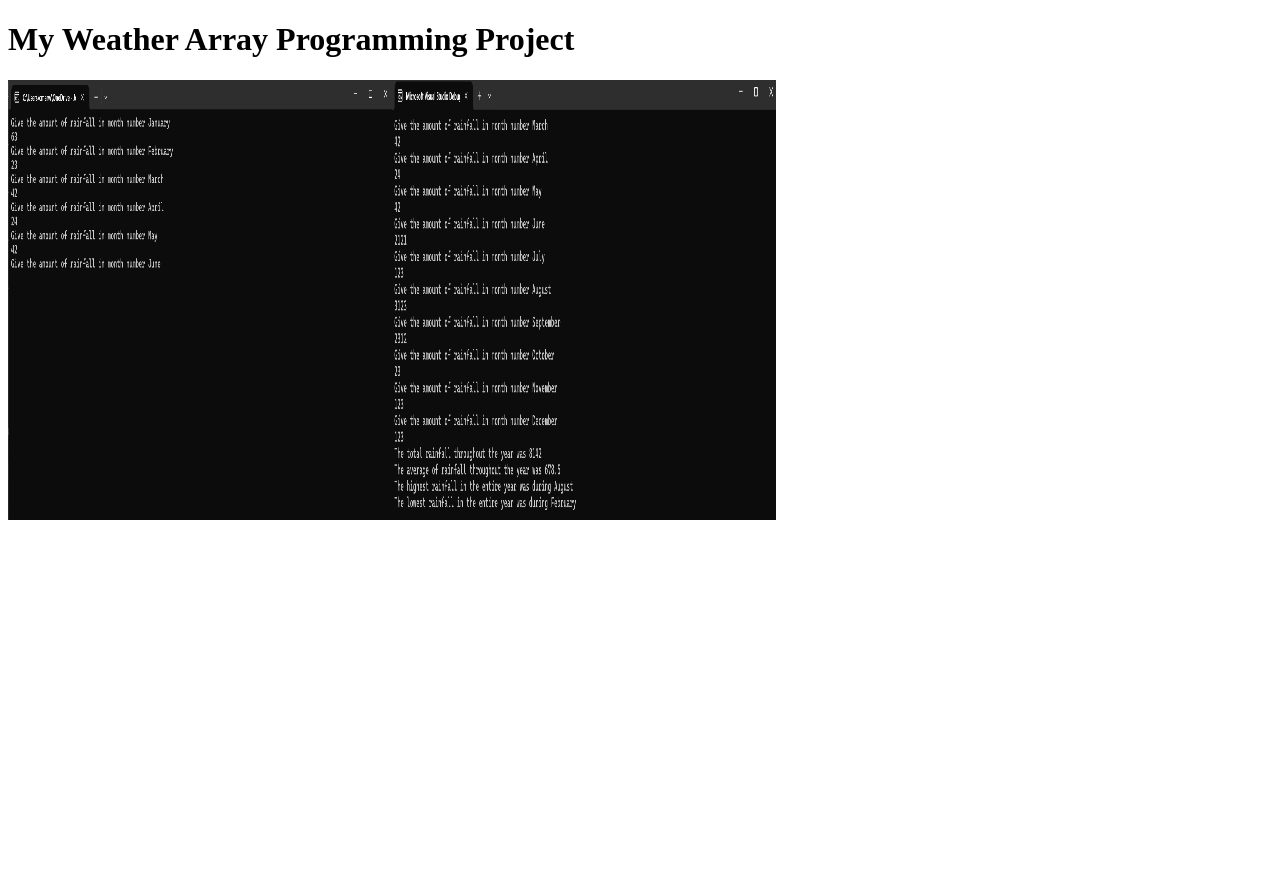
Repository: captainm64/captainm64
Page: projectshow.html
An editor plug-in stored every save of this project. The page is shown before and after the next save, followed by the edit.
The browser window is 1280 px wide. The page is 1288 px wide, so the pictures cover 1288 px, including what lies to the right of the window. The pictures show the whole page.

Above is the page before, as saved 2026-05-06 09:53:13.

### projectshow.html
<!DOCTYPE html>
<html>
    <head>
        <link rel = "stylesheet" href = "./styles/index.css" />
         <link rel = "stylesheet" href = "./styles/global.css" />
         <title>Project</title>
    </head>
<body>

<h1>My Weather Array Programming Project</h1>

<div class = "demos">
 <img src="../../assets/images/demo1.png" alt = "Code demonstration: numbers being put in"/>

 <img src="../../assets/images/demo2.png" alt = "Code demonstration: result"/>
</div>

### styles/index.css
img{

   height: 55%;
   width: 45%;
}

.projtxt{

   display: flex;

   flex-direction: column;

}

.projtxt img {

   height: 100%;
   width: 100%

}

.demos{

   display: flex;

   flex-direction: row;
}

.demos{

   height: 50rem;
   width: 80rem
}

#Main{

font-size: 30rem;
font-family: "timesnewromanbold";
color: rgb(0, 0, 0);


}


/*Tablet*/
@media (min-width: 768px) {

    img{

   height: 55%;
   width: 40%;
   }


.projtxt{

      display: flex;
      flex-direction: row;
      font-size: 40%

   }

   .projtxt img {

   width: 50%

  }

}

/* laptop */
@media(min-width: 1025px)
{
     img{

   height: 55%;
   width: 30%;
   }


   .projtxt{

          display: flex;

      flex-direction: row;

      font-size: 40%
   }


   .projtxt img {

   height: 80%

  }



}

### styles/global.css

@font-face {

    font-family: "timesnewroman";
    src: url(/assests/fonts/timesnewroman.ttf);
}

After the next save:
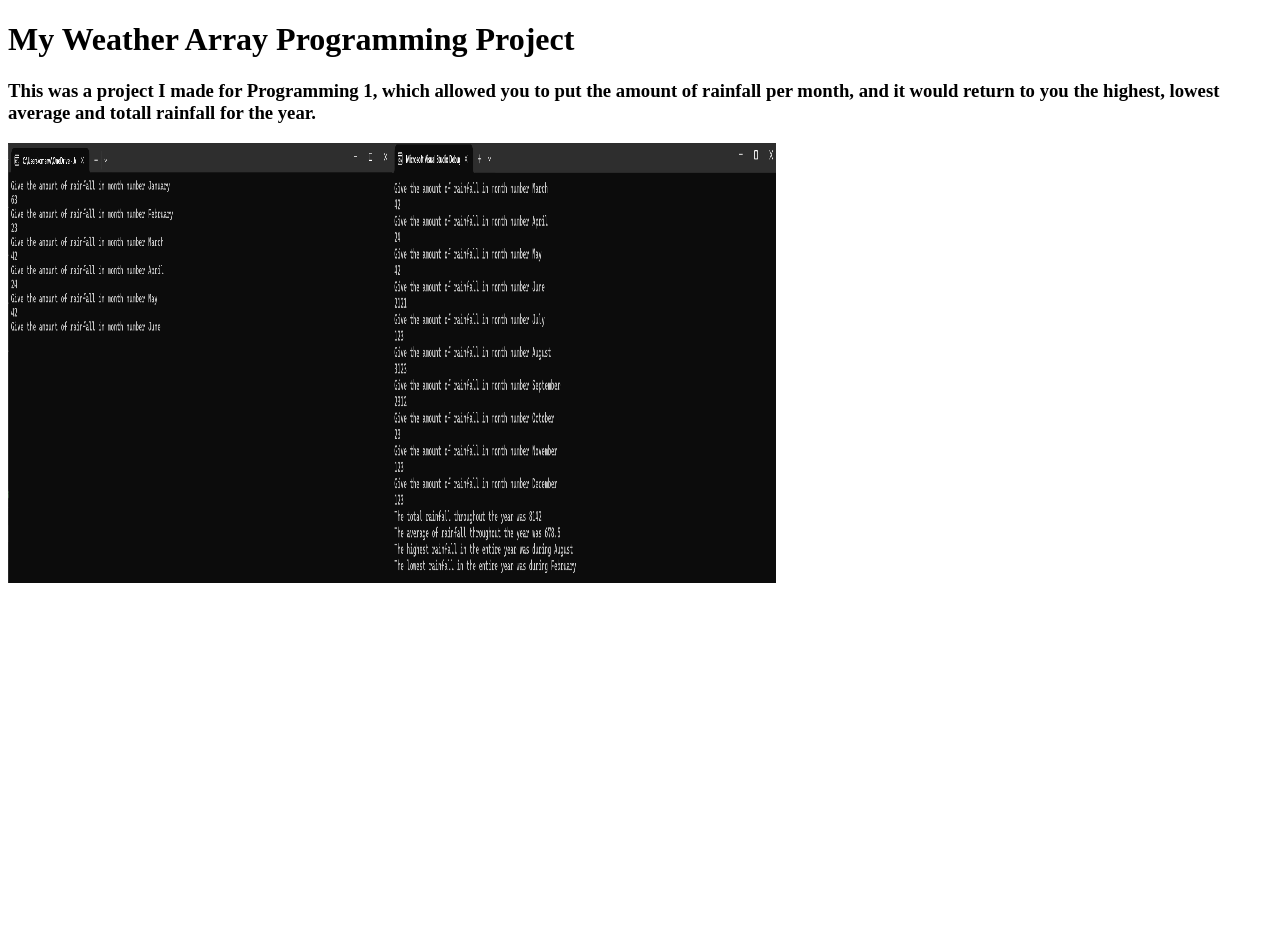
Saved 116 s later.
--- a/projectshow.html
+++ b/projectshow.html
@@ -9,6 +9,10 @@
 
 <h1>My Weather Array Programming Project</h1>
 
+<h3>This was a project I made for Programming 1, which allowed you to put the amount of rainfall
+    per month, and it would return to you the highest, lowest average and totall rainfall for the year.
+</h3>
+
 <div class = "demos">
  <img src="../../assets/images/demo1.png" alt = "Code demonstration: numbers being put in"/>
 
